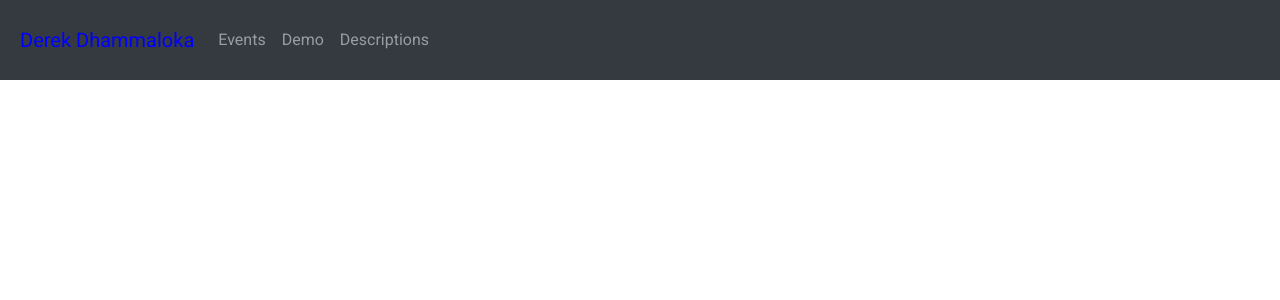
Repository: derektypist/product-landing-page
Page: index.html
The author's editor kept a record of every edit. The page is drawn from the files as they stood at one moment, then again after the next edit.
The browser window is 1280 px wide. The pictures show the whole page.

Above is the page before.

### index.html
<!DOCTYPE html>
<html lang="en">

<head>
    <meta charset="UTF-8">
    <meta name="viewport" content="width=device-width, initial-scale=1.0">
    <meta http-equiv="X-UA-Compatible" content="ie=edge">
    <title>Product Landing Page</title>
    <!-- Load Style Sheets -->
    <link rel="stylesheet" href="https://maxcdn.bootstrapcdn.com/bootstrap/4.4.1/css/bootstrap.min.css" integrity="sha384-Vkoo8x4CGsO3+Hhxv8T/Q5PaXtkKtu6ug5TOeNV6gBiFeWPGFN9MuhOf23Q9Ifjh" crossorigin="anonymous">
    <link rel="stylesheet" href="https://maxcdn.bootstrapcdn.com/font-awesome/4.7.0/css/font-awesome.min.css" type="text/css" />
    <link href="https://fonts.googleapis.com/css?family=Roboto&display=swap" rel="stylesheet">
    <style>
        /* Header and Navigation */

        #header {
            font-family: "Roboto", Arial, Verdana, sans-serif;
        }

        #header-img {
            color: blue;
        }

        #nav-bar {
            padding: 20px;
        }
    </style>
</head>

<body>
    <!-- Set Up Header -->
    <header id="header">
        <!-- Set Up Navigation -->
        <nav class="navbar navbar-expand navbar-dark bg-dark fixed-top" id="nav-bar">
            <a class="navbar-brand mb-0 h1" href="index.html" id="header-img">Derek Dhammaloka</a>
            </a>
            <button class="navbar-toggler" type="button" data-toggle="collapse" data-target="navbarSupportedContent" aria-controls="navbarSupportedContent" aria-expanded="false" aria-label="Toggle navigation">
    <span class="navbar-toggler-icon"></span>
  </button>
            <div class="collapse navbar-collapse" id="navbarSupportedContent">
                <ul class="navbar-nav mr-auto">
                    <li class="nav-item">
                        <a class="nav-link" href="#">Events</a>
                    </li>
                    <li class="nav-item">
                        <a class="nav-link" href="#">Demo</a>
                    </li>
                    <li class="nav-item">
                        <a class="nav-link" href="#">Descriptions</a>
                    </li>
                </ul>
        </nav>
    </header>
</body>

</html>

After the next edit:
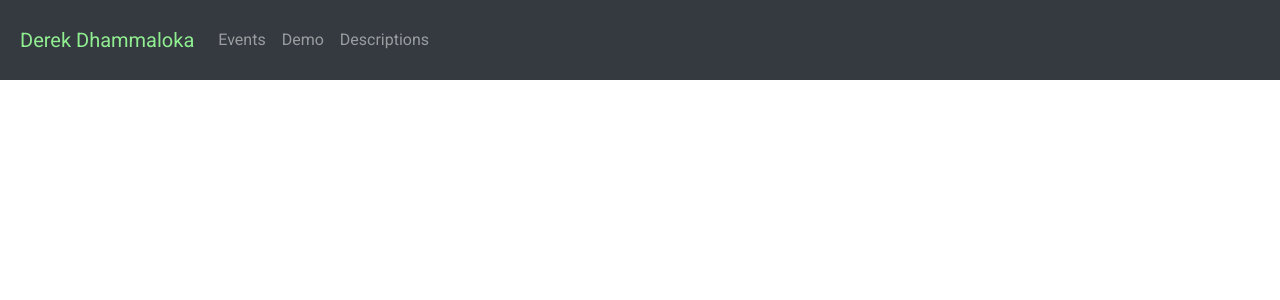
The edit:
--- a/index.html
+++ b/index.html
@@ -18,7 +18,7 @@
         }
 
         #header-img {
-            color: blue;
+            color: lightgreen;
         }
 
         #nav-bar {
